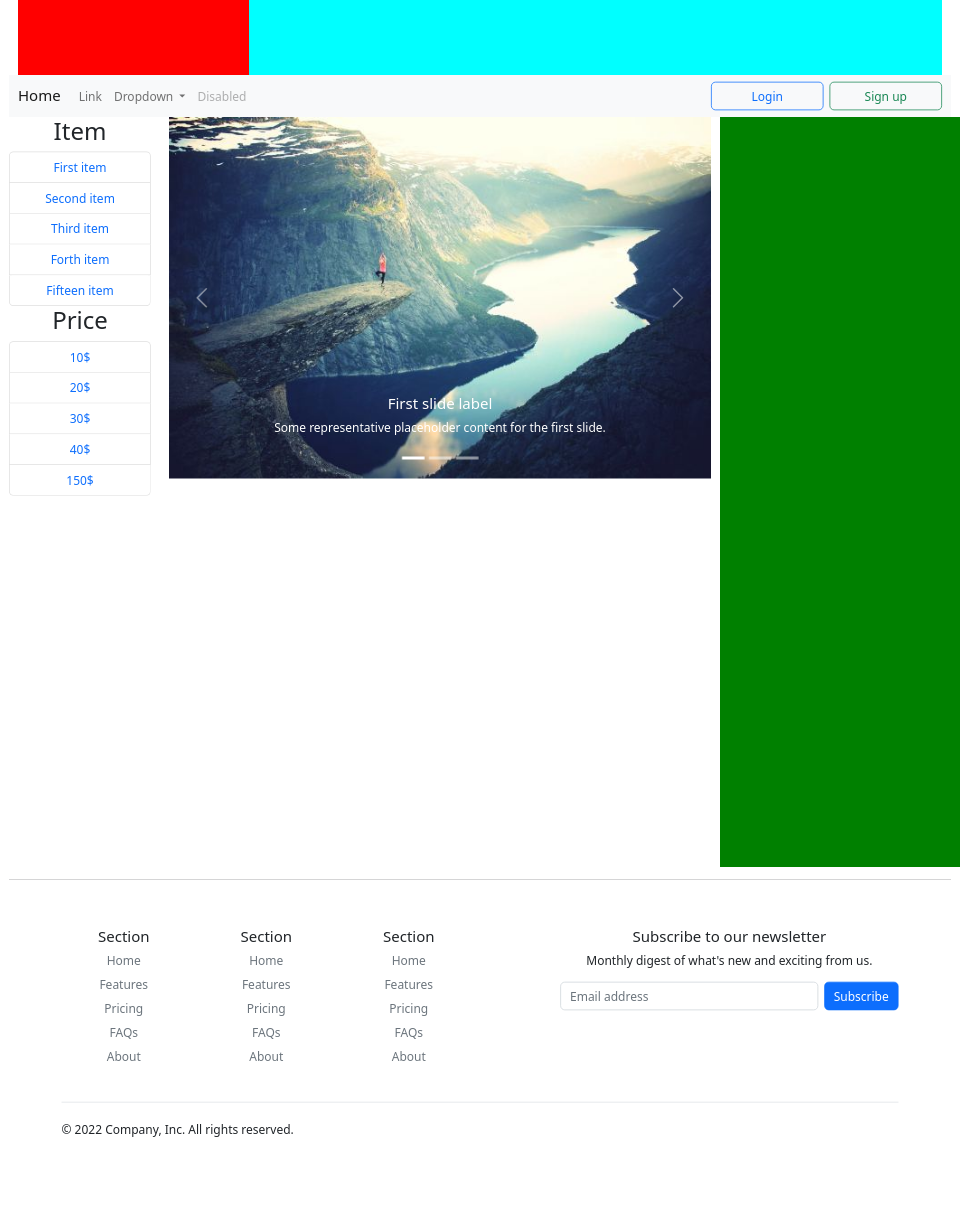
Repository: nguyenhung50497/MD2_bootstrap
Page: BT_giaoDienWeb/index.html
An editor plug-in stored every save of this project. The page is shown before and after the next save, followed by the edit.
The browser window is 1280 px wide. The pictures show the whole page, at 75% of full size.

Above is the page before, as saved 2022-11-30 15:51:35.

### BT_giaoDienWeb/index.html
<!DOCTYPE html>
<html lang="en">
<head>
    <meta charset="UTF-8">
    <meta http-equiv="X-UA-Compatible" content="IE=edge">
    <meta name="viewport" content="width=device-width, initial-scale=1.0">
    <link href="https://cdn.jsdelivr.net/npm/bootstrap@5.2.3/dist/css/bootstrap.min.css" rel="stylesheet" integrity="sha384-rbsA2VBKQhggwzxH7pPCaAqO46MgnOM80zW1RWuH61DGLwZJEdK2Kadq2F9CUG65" crossorigin="anonymous">
    <script src="https://cdn.jsdelivr.net/npm/bootstrap@5.2.3/dist/js/bootstrap.bundle.min.js" integrity="sha384-kenU1KFdBIe4zVF0s0G1M5b4hcpxyD9F7jL+jjXkk+Q2h455rYXK/7HAuoJl+0I4" crossorigin="anonymous"></script>
    <title>Document</title>
</head>
<style>
    .logo {
        background-color: red;
        height: 100px;
    }
    .anhBia {
        background-color: aqua;
        height: 100px;
    }
    .right {
        background-color: green;
        height: 1000px;
    }
    a {
        text-decoration: none;
    }
    .contentImg {
        padding: 10px;
        margin-left: -55px;
    }
    .contentImg > div > a > img {
        margin: 10px 10px;
        height: 195px;
    }
</style>
<body>
<center>
    <div class="container-fluid">
    <header class="container-fluid row">
        <div class="col-lg-3 logo">
            <img src="" alt="">
        </div>
        <div class="col-lg-9 anhBia">
            <img src="" alt="">
        </div>
    </header>
    <nav class="navbar navbar-expand-lg bg-light">
        <div class="container-fluid">
          <a class="navbar-brand" href="#">Home</a>
          <button class="navbar-toggler" type="button" data-bs-toggle="collapse" data-bs-target="#navbarSupportedContent" aria-controls="navbarSupportedContent" aria-expanded="false" aria-label="Toggle navigation">
            <span class="navbar-toggler-icon"></span>
          </button>
          <div class="collapse navbar-collapse" id="navbarSupportedContent">
            <ul class="navbar-nav me-auto mb-2 mb-lg-0">
              <li class="nav-item">
                <a class="nav-link" href="#">Link</a>
              </li>
              <li class="nav-item dropdown">
                <a class="nav-link dropdown-toggle" href="#" role="button" data-bs-toggle="dropdown" aria-expanded="false">
                  Dropdown
                </a>
                <ul class="dropdown-menu">
                  <li><a class="dropdown-item" href="#">Action</a></li>
                  <li><a class="dropdown-item" href="#">Another action</a></li>
                  <li><hr class="dropdown-divider"></li>
                  <li><a class="dropdown-item" href="#">Something else here</a></li>
                </ul>
              </li>
              <li class="nav-item">
                <a class="nav-link disabled">Disabled</a>
              </li>
            </ul>
            <form class="d-flex" role="search">
              <button class="form-control me-2 btn btn-outline-primary" style="width: 150px;">Login</button>
              <button class="btn btn-outline-success" type="submit" style="width: 150px;">Sign up</button>
            </form>
          </div>
        </div>
      </nav>
    <div class="row">
        <aside class="col-lg-2 left">
            <h2>Item</h2>
            <ul class="list-group">
                <li class="list-group-item"><a href="">First item</a></li>
                <li class="list-group-item"><a href="">Second item</a></li>
                <li class="list-group-item"><a href="">Third item</a></li>
                <li class="list-group-item"><a href="">Forth item</a></li>
                <li class="list-group-item"><a href="">Fifteen item</a></li>
            </ul>
            <h2>Price</h2>
            <ul class="list-group">
                <li class="list-group-item"><a href="">10$</a></li>
                <li class="list-group-item"><a href="">20$</a></li>
                <li class="list-group-item"><a href="">30$</a></li>
                <li class="list-group-item"><a href="">40$</a></li>
                <li class="list-group-item"><a href="">150$</a></li>
            </ul>
        </aside>
        <section class="col-lg-7 content">
            <div class="row">
            <div id="carouselExampleCaptions" class="carousel slide col-lg-12" data-bs-ride="false">
                <div class="carousel-indicators">
                  <button type="button" data-bs-target="#carouselExampleCaptions" data-bs-slide-to="0" class="active" aria-current="true" aria-label="Slide 1"></button>
                  <button type="button" data-bs-target="#carouselExampleCaptions" data-bs-slide-to="1" aria-label="Slide 2"></button>
                  <button type="button" data-bs-target="#carouselExampleCaptions" data-bs-slide-to="2" aria-label="Slide 3"></button>
                </div>
                <div class="carousel-inner">
                  <div class="carousel-item active">
                    <img src="anh1.jpg" class="d-block w-100" alt="Anh 1">
                    <div class="carousel-caption d-none d-md-block">
                      <h5>First slide label</h5>
                      <p>Some representative placeholder content for the first slide.</p>
                    </div>
                  </div>
                  <div class="carousel-item">
                    <img src="anh2.jpg" class="d-block w-100" alt="Anh 2">
                    <div class="carousel-caption d-none d-md-block">
                      <h5>Second slide label</h5>
                      <p>Some representative placeholder content for the second slide.</p>
                    </div>
                  </div>
                  <div class="carousel-item">
                    <img src="anh3.jpg" class="d-block w-100" alt="Anh 3">
                    <div class="carousel-caption d-none d-md-block">
                      <h5>Third slide label</h5>
                      <p>Some representative placeholder content for the third slide.</p>
                    </div>
                  </div>
                </div>
                <button class="carousel-control-prev" type="button" data-bs-target="#carouselExampleCaptions" data-bs-slide="prev">
                  <span class="carousel-control-prev-icon" aria-hidden="true"></span>
                  <span class="visually-hidden">Previous</span>
                </button>
                <button class="carousel-control-next" type="button" data-bs-target="#carouselExampleCaptions" data-bs-slide="next">
                  <span class="carousel-control-next-icon" aria-hidden="true"></span>
                  <span class="visually-hidden">Next</span>
                </button>
            </div>

            </div>
        </section>
        <aside class="col-lg-3 right"></aside>
    </div>
    <hr>
    <div class="container">
        <footer class="py-5">
          <div class="row">
            <div class="col-6 col-md-2 mb-3">
              <h5>Section</h5>
              <ul class="nav flex-column">
                <li class="nav-item mb-2"><a href="#" class="nav-link p-0 text-muted">Home</a></li>
                <li class="nav-item mb-2"><a href="#" class="nav-link p-0 text-muted">Features</a></li>
                <li class="nav-item mb-2"><a href="#" class="nav-link p-0 text-muted">Pricing</a></li>
                <li class="nav-item mb-2"><a href="#" class="nav-link p-0 text-muted">FAQs</a></li>
                <li class="nav-item mb-2"><a href="#" class="nav-link p-0 text-muted">About</a></li>
              </ul>
            </div>

            <div class="col-6 col-md-2 mb-3">
              <h5>Section</h5>
              <ul class="nav flex-column">
                <li class="nav-item mb-2"><a href="#" class="nav-link p-0 text-muted">Home</a></li>
                <li class="nav-item mb-2"><a href="#" class="nav-link p-0 text-muted">Features</a></li>
                <li class="nav-item mb-2"><a href="#" class="nav-link p-0 text-muted">Pricing</a></li>
                <li class="nav-item mb-2"><a href="#" class="nav-link p-0 text-muted">FAQs</a></li>
                <li class="nav-item mb-2"><a href="#" class="nav-link p-0 text-muted">About</a></li>
              </ul>
            </div>

            <div class="col-6 col-md-2 mb-3">
              <h5>Section</h5>
              <ul class="nav flex-column">
                <li class="nav-item mb-2"><a href="#" class="nav-link p-0 text-muted">Home</a></li>
                <li class="nav-item mb-2"><a href="#" class="nav-link p-0 text-muted">Features</a></li>
                <li class="nav-item mb-2"><a href="#" class="nav-link p-0 text-muted">Pricing</a></li>
                <li class="nav-item mb-2"><a href="#" class="nav-link p-0 text-muted">FAQs</a></li>
                <li class="nav-item mb-2"><a href="#" class="nav-link p-0 text-muted">About</a></li>
              </ul>
            </div>

            <div class="col-md-5 offset-md-1 mb-3">
              <form>
                <h5>Subscribe to our newsletter</h5>
                <p>Monthly digest of what's new and exciting from us.</p>
                <div class="d-flex flex-column flex-sm-row w-100 gap-2">
                  <label for="newsletter1" class="visually-hidden">Email address</label>
                  <input id="newsletter1" type="text" class="form-control" placeholder="Email address">
                  <button class="btn btn-primary" type="button">Subscribe</button>
                </div>
              </form>
            </div>
          </div>

          <div class="d-flex flex-column flex-sm-row justify-content-between py-4 my-4 border-top">
            <p>&copy; 2022 Company, Inc. All rights reserved.</p>
            <ul class="list-unstyled d-flex">
              <li class="ms-3"><a class="link-dark" href="#"><svg class="bi" width="24" height="24"><use xlink:href="#twitter"/></svg></a></li>
              <li class="ms-3"><a class="link-dark" href="#"><svg class="bi" width="24" height="24"><use xlink:href="#instagram"/></svg></a></li>
              <li class="ms-3"><a class="link-dark" href="#"><svg class="bi" width="24" height="24"><use xlink:href="#facebook"/></svg></a></li>
            </ul>
          </div>
        </footer>
      </div>
    </div>
</center>
</body>
</html>

After the next save:
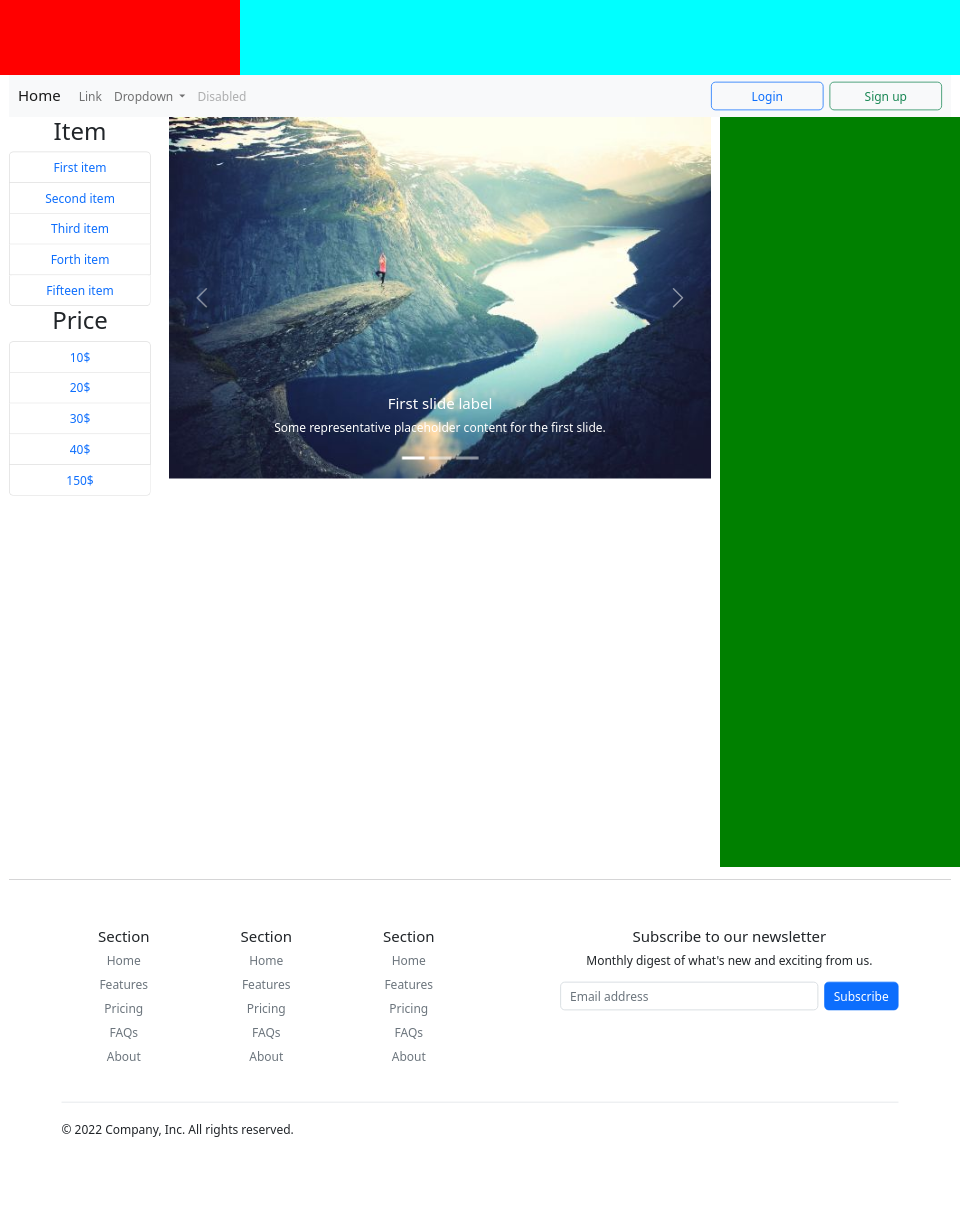
Saved 5 s later.
--- a/BT_giaoDienWeb/index.html
+++ b/BT_giaoDienWeb/index.html
@@ -36,7 +36,7 @@
 <body>
 <center>
     <div class="container-fluid">
-    <header class="container-fluid row">
+    <header class="row">
         <div class="col-lg-3 logo">
             <img src="" alt="">
         </div>
